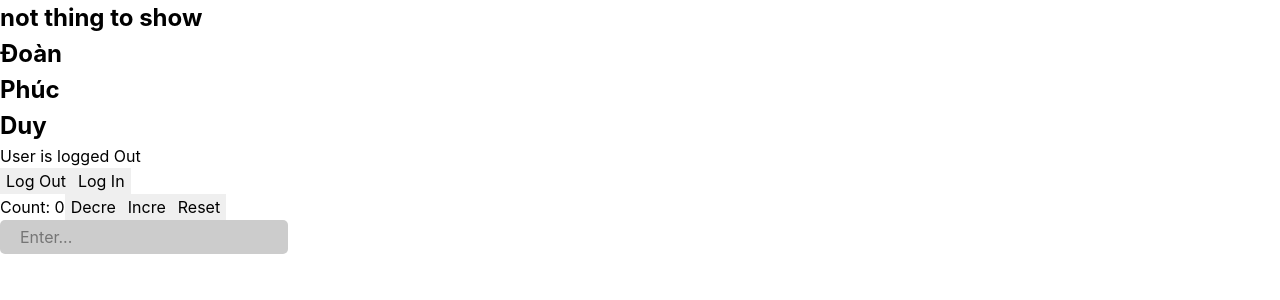
Repository: ledoanmk43/Demo_typescript
Page: /
The author's editor kept a copy of each file at every save. The page is drawn from the files as they stood at one save, then again after the next save.
The browser window is 1280 px wide. The pictures show the whole page.
The project was rebuilt for these pictures with package versions that can differ from the ones it lists, and the page was loaded fresh each time.

Above is the page before, as saved 2022-03-08 14:19:26.

### src/App.tsx
import React from "react";

import "./App.css";
import Greeting from "./components/Greeting";
import Login from "./components/state/Login";
import Counter from "./components/state/Counter";
import DomRef from "./components/ref/DomRef";

function App() {
  // const Name = {
  //   firstName: "Đoàn",
  //   lastName: "Lê",
  // };

  const nameList = [
    {
      firstName: "Đoàn",
      lastName: "Lê",
    },
    {
      firstName: "Phúc",
      lastName: "Lê",
    },
    {
      firstName: "Duy",
      lastName: "Lê",
    },
  ];
  return (
    <div className="App">
      <Greeting nameProps={nameList} />
      <Login />
      <Counter />
      <DomRef />
    </div>
  );
}

export default App;

### src/App.css
*,
*::before,
*::after {
  box-sizing: border-box;
}
* {
  margin: 0;
}

html,
body {
  height: 100%;
}
body {
  line-height: 1.5;
  -webkit-font-smoothing: antialiased;
  -webkit-tap-highlight-color: rgba(0, 0, 0, 0);
}

img,
picture,
video,
canvas,
svg {
  display: block;
  max-width: 100%;
}
input,
button,
textarea,
select {
  font: inherit;
  outline: none;
  border: none;
}
p,
h1,
h2,
h3,
h4,
h5,
h6 {
  overflow-wrap: break-word;
}

### src/components/Greeting.tsx
import React from "react";

// type GreetingProps = {
//   nameProps: string; //we can also assign value like 'Doan' | 'Duy' | 'Phuc' - if there are more than 1 value for the props and we have to to check cases base on these value
// };

type GreetingProps = {
  nameProps: {
    firstName: string;
    lastName: string;
  }[]; //adding [] at the end if prop is an array

  emptyProps?: string;
};

const Greeting = (props: GreetingProps) => {
  const { emptyProps = "not thing to show" } = props;
  return (
    <div>
      <h2>{emptyProps}</h2>
      {props.nameProps.map((prop) => (
        <h2 key={prop.firstName}>{prop.firstName}</h2>
      ))}
    </div>
  );
};

export default Greeting;

### src/components/state/Login.tsx
import React, { useState } from "react";

type User = {
  userName: string;
  passWord: string;
};

const Login = () => {
  const [isLoggedin, setIsLoggedin] = useState(false);
  // const [user, setUser] = useState<User | null>(null);
  const [user, setUser] = useState({} as User);

  const logIn = () => {
    setIsLoggedin(true);
    setUser({
      userName: "abc",
      passWord: "123",
    });
    console.log(user);
  };
  const logOut = () => {
    setIsLoggedin(false);
    console.log(user);
  };
  return (
    <div>
      <div>User is {isLoggedin ? "logged In" : "logged Out"}</div>
      <button onClick={logOut}>Log Out</button>
      <button onClick={logIn}>Log In</button>
    </div>
  );
};

export default Login;

### src/components/state/Counter.tsx
import { useReducer } from "react";

const initialState = { count: 0 };

// type CounterAction = { type: "incre" | "decre" | "reset"; payload?: number };

// function reducer(state: StateCounter, action: CounterAction) {
//   switch (action.type) {
//     case "incre":
//       return { count: state.count + action.payload || 0 };
//     case "decre":
//       return { count: state.count - action.payload || 0 };
//     case "reset":
//       return initialState;
//     default:
//       return state;
//   } //this is not smart

type updateAction = { type: "incre" | "decre"; payload: number };
type resetAction = { type: "reset" };

type CounterState = { count: number };
type CounterAction = updateAction | resetAction;

function reducer(state: CounterState, action: CounterAction) {
  switch (action.type) {
    case "incre":
      return { count: state.count + action.payload };
    case "decre":
      return { count: state.count - action.payload };
    case "reset":
      return initialState;
    default:
      return state;
  }
}

const Counter = () => {
  const [state, dispatch] = useReducer(reducer, initialState);

  return (
    <div>
      Count: {state.count}
      <button onClick={() => dispatch({ type: "decre", payload: 1 })}>
        Decre
      </button>
      <button onClick={() => dispatch({ type: "incre", payload: 1 })}>
        Incre
      </button>
      <button onClick={() => dispatch({ type: "reset" })}>Reset</button>
    </div>
  );
};

export default Counter;

### src/components/ref/DomRef.tsx
import React, { useRef, useEffect } from "react";

const DomRef = () => {
  const inputRef = useRef<HTMLInputElement>(null);

  useEffect(() => {
    inputRef.current?.focus(); //focus element when component mouted
  }, []);

  return (
    <div>
      <input
        type="text"
        ref={inputRef}
        placeholder="Enter..."
        style={{
          padding: "5px 20px",
          backgroundColor: "#ccc",
          borderRadius: "5px",
        }}
      />
    </div>
  );
};

export default DomRef;

Loaded but not shown: public/index.html (common file); src/index.tsx (common file); src/index.css (common file); src/reportWebVitals.ts (common file)

After the next save:
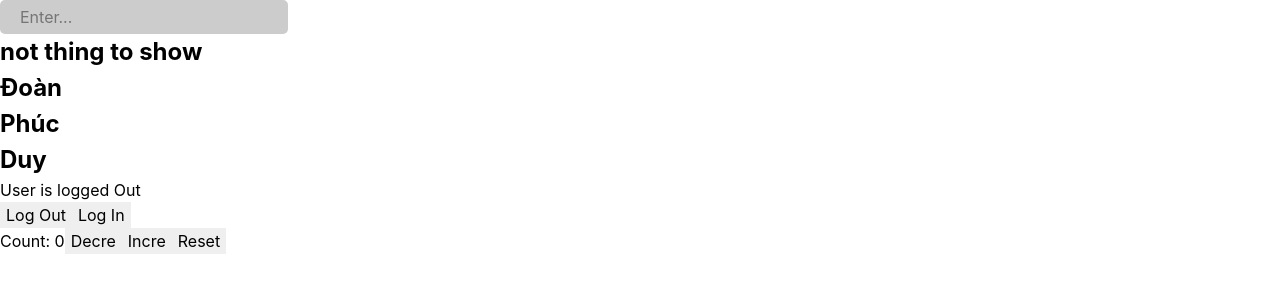
Saved 32 s later.
--- a/src/App.tsx
+++ b/src/App.tsx
@@ -28,10 +28,10 @@ function App() {
   ];
   return (
     <div className="App">
+      <DomRef />
       <Greeting nameProps={nameList} />
       <Login />
       <Counter />
-      <DomRef />
     </div>
   );
 }
